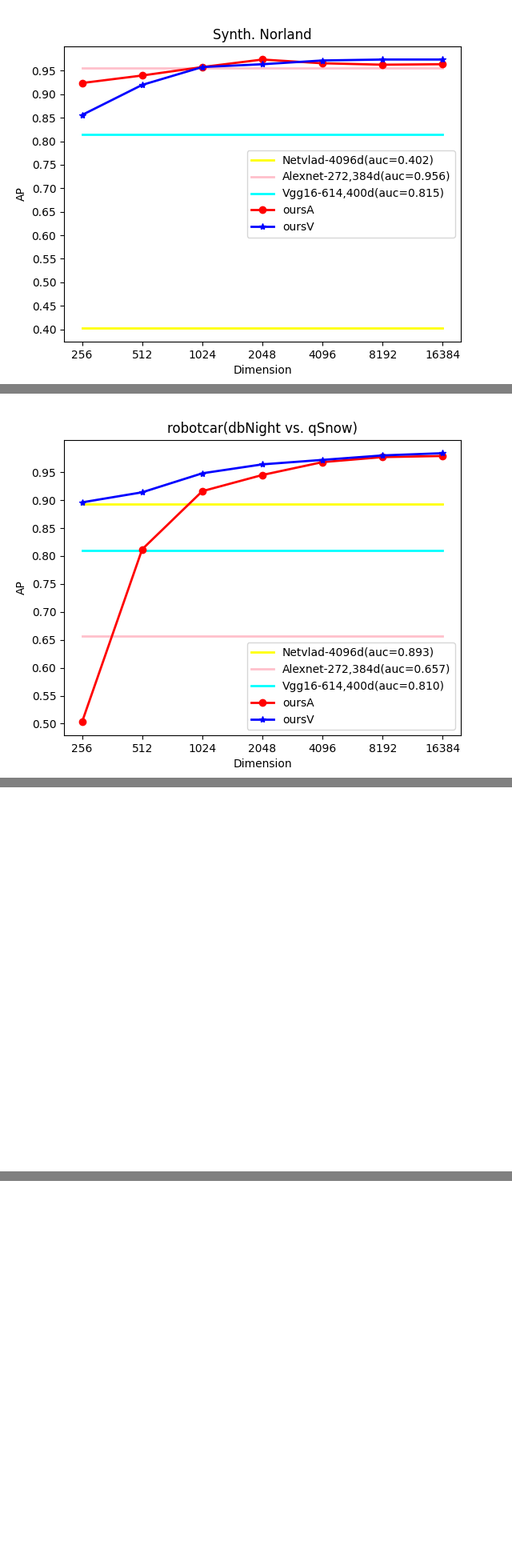
Repository: MedlarTea/CAE-VPR
Script's output: python examples/evaluator/evaluate_convAuto.py
The author's editor kept a copy of each file at every save. The script's output is drawn from the files as they stood at one save, then again after the next save.
The pictures are shown at 80% of full size.
Each picture stacks the figures in order, with grey between them; figures that are only written to a file come last. Random numbers start from a fixed seed.

Above is the script's output before, as saved 2021-04-13 21:04:39.

After the next save:
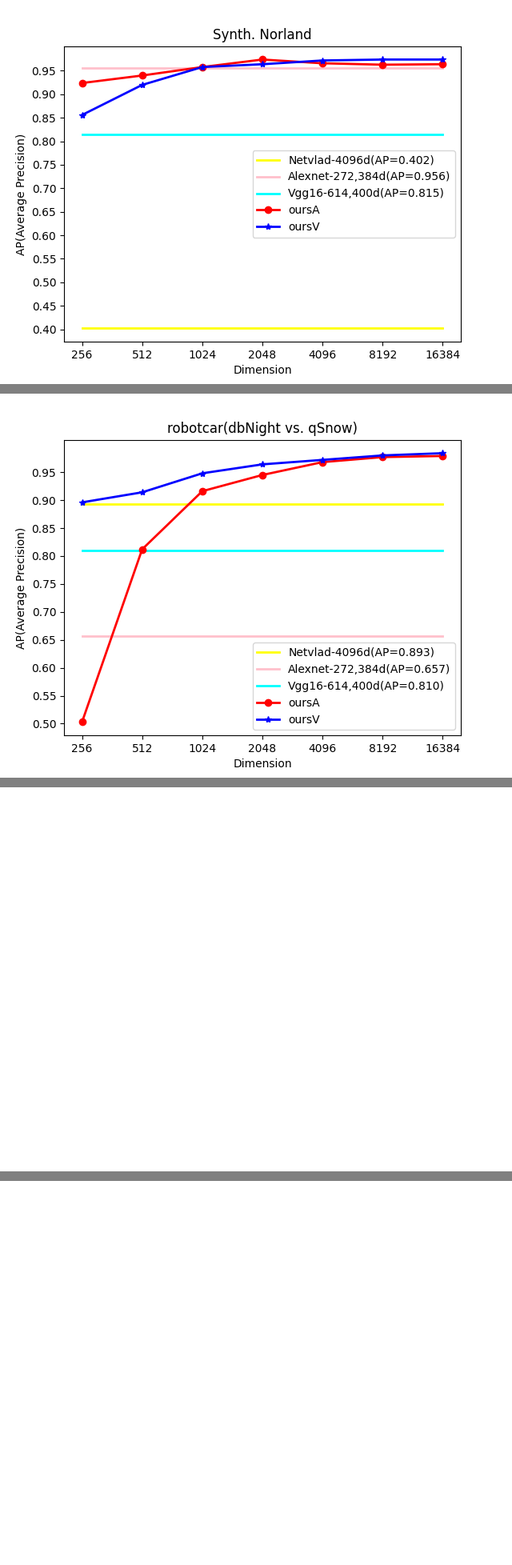
Saved 41 s later.
--- a/examples/evaluator/evaluate_convAuto.py
+++ b/examples/evaluator/evaluate_convAuto.py
@@ -10,14 +10,14 @@ def drawWithDimension(dataset, dimensions, netvlad, alexnet, vgg16, oursA, oursV
     plt.figure()
     plt.title('{}'.format(dataset))
     plt.xlabel('Dimension')
-    plt.ylabel('AP')
+    plt.ylabel('AP(Average Precision)')
     # plt.grid()
     plt.yticks(np.arange(0.3,1,0.05))
     # plt.xticks(dimensions)
     # plt.xscale('log',base=2)
-    plt.plot(dimensions, netvlad_list, linewidth=2, color='yellow', label='Netvlad-4096d(auc={:.3f})'.format(netvlad))
-    plt.plot(dimensions, alexnet_list, linewidth=2, color='pink', label='Alexnet-272,384d(auc={:.3f})'.format(alexnet))
-    plt.plot(dimensions, vgg16_list, linewidth=2, color='cyan', label='Vgg16-614,400d(auc={:.3f})'.format(vgg16))
+    plt.plot(dimensions, netvlad_list, linewidth=2, color='yellow', label='Netvlad-4096d(AP={:.3f})'.format(netvlad))
+    plt.plot(dimensions, alexnet_list, linewidth=2, color='pink', label='Alexnet-272,384d(AP={:.3f})'.format(alexnet))
+    plt.plot(dimensions, vgg16_list, linewidth=2, color='cyan', label='Vgg16-614,400d(AP={:.3f})'.format(vgg16))
     plt.plot(dimensions, oursA, linewidth=2, color='red', marker='o', label='oursA')
     plt.plot(dimensions, oursV, linewidth=2, color='blue', marker='*', label='oursV')
 
